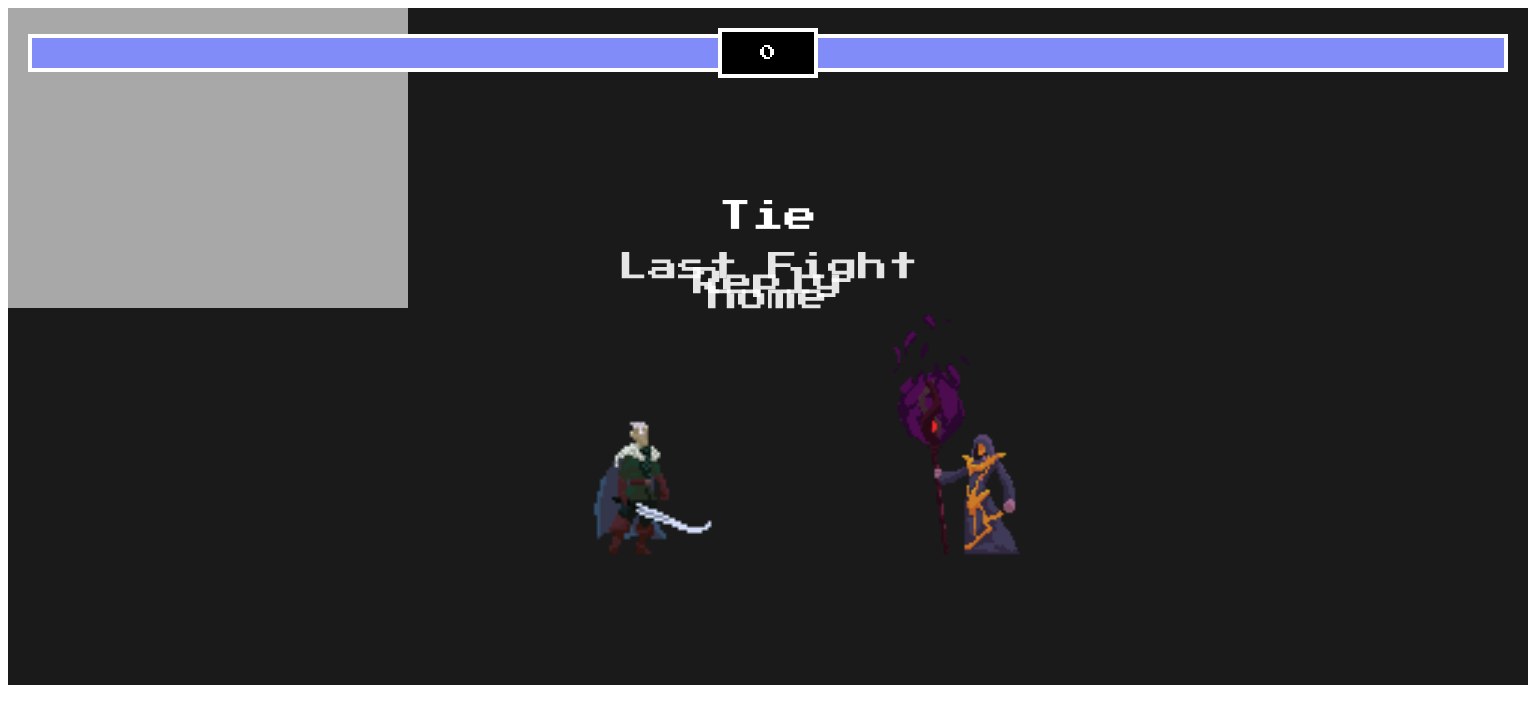
Repository: Gaurav31052/Fighting-game
Page: index.html
The author's editor kept a copy of each file at every save. The page is drawn from the files as they stood at one save, then again after a run of saves.
The browser window is 1280 px wide. The page is 1528 px wide, so the pictures cover 1528 px, including what lies to the right of the window. The pictures show the whole page.
Some web libraries are served in a nearby version.

Above is the page before, as saved 2024-05-30 22:15:51.

After the next 2 saves:
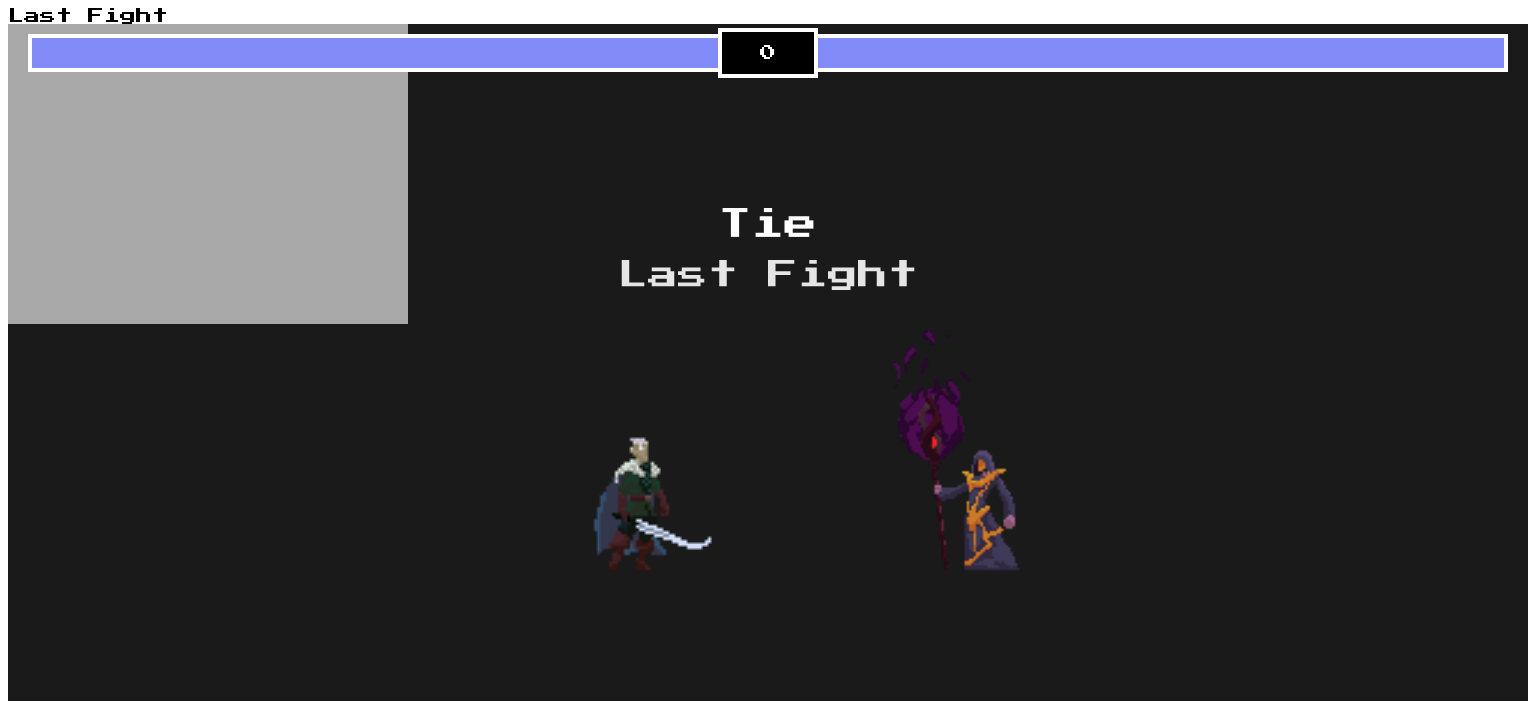
Console error: TypeError: Cannot set properties of null (setting 'innerHTML')
The 2 saves are shown as one change because they came seconds apart.
The last was saved 28 s later.
--- a/JS/utils.js
+++ b/JS/utils.js
@@ -15,6 +15,7 @@
         draw.play();
         document.querySelector('#displayText').innerHTML = 'Tie'
         document.querySelector('#displayText2').innerHTML = 'Last Fight'
+        document.querySelector('#displayText3').innerHTML = 'Last Fight'
         document.querySelector('#displayText4').innerHTML = 'Reply'
         document.querySelector('#displayText5').innerHTML = 'home'
     }

After the 2 saves that followed:
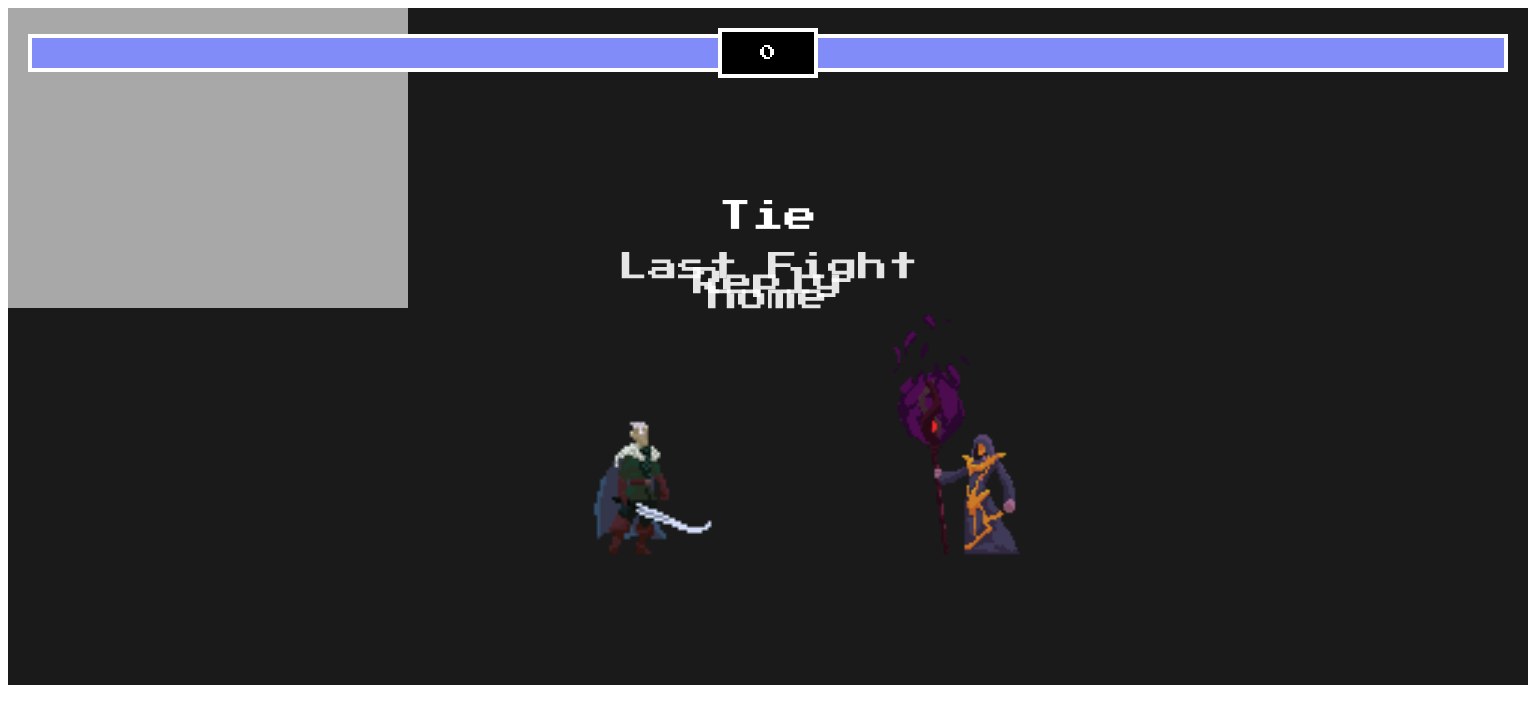
The error is gone.
The 2 saves are shown as one change because they came seconds apart.
The last was saved 15 s later.
--- a/JS/utils.js
+++ b/JS/utils.js
@@ -15,7 +15,6 @@
         draw.play();
         document.querySelector('#displayText').innerHTML = 'Tie'
         document.querySelector('#displayText2').innerHTML = 'Last Fight'
-        document.querySelector('#displayText3').innerHTML = 'Last Fight'
         document.querySelector('#displayText4').innerHTML = 'Reply'
         document.querySelector('#displayText5').innerHTML = 'home'
     }
